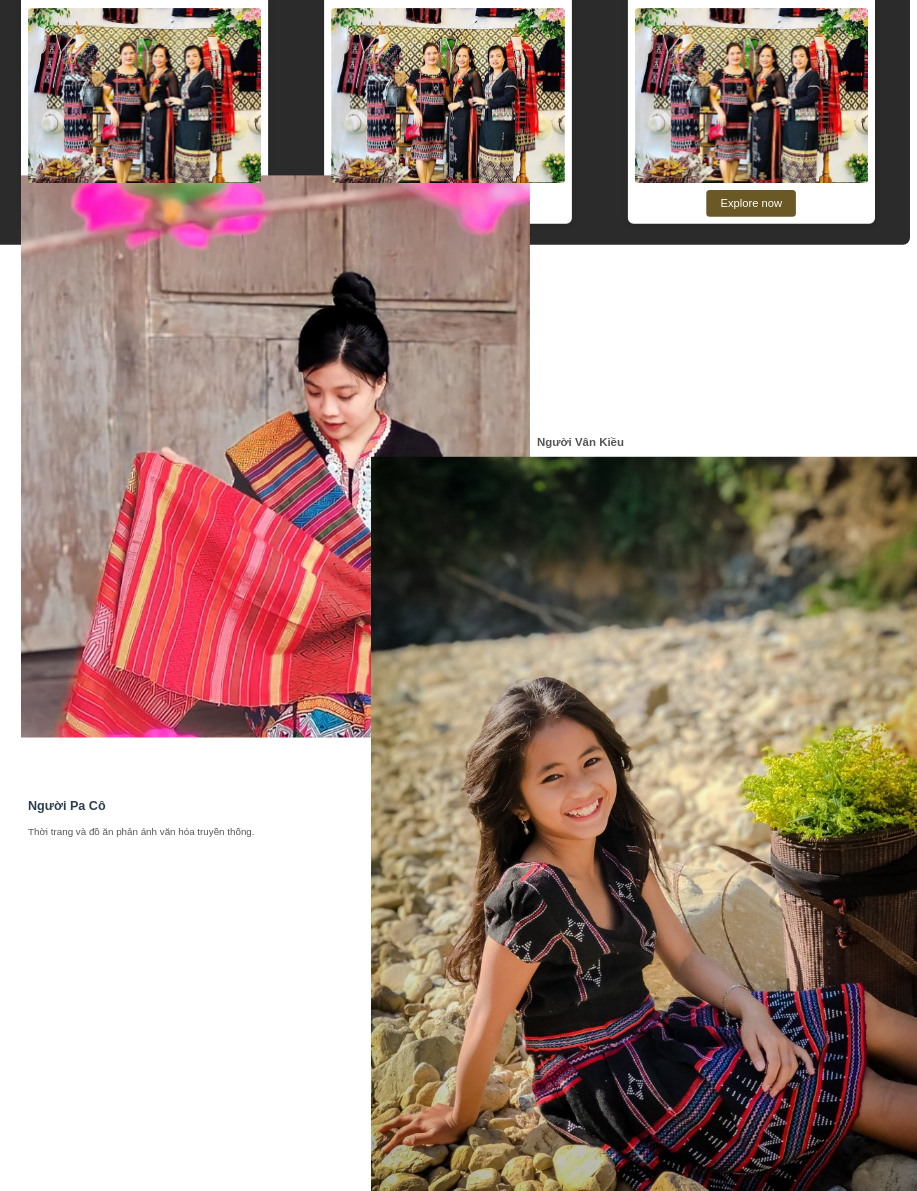
Repository: DangVai/LocalProduct
Page: Views/frontend/test.html
An editor plug-in stored every save of this project. The page is shown before and after the next save, followed by the edit.
The browser window is 1280 px wide. The page is 1310 px wide, so the pictures cover 1310 px, including what lies to the right of the window. The pictures show the part of the page from y = 1042 to 2922 px (the page is 2743 px tall before and 3118 px after), at 70% of full size.
Pictures or frames that could not be fetched are drawn as grey boxes.

Above is the page before, as saved 2024-12-19 10:38:00.

### Views/frontend/test.html
<!DOCTYPE html>
<html lang="en">

<head>
    <meta charset="UTF-8">
    <meta name="viewport" content="width=device-width, initial-scale=1.0">
    <title>Dynamic Banner</title>
    <style>
        body {
            margin: 0;
            font-family: Arial, sans-serif;
        }

        .container-Home {
            background-color: white;
            width: 100%;
            min-height: 100vh;
            display: flex;
            flex-direction: column;
            align-items: center;
        }

        .text-run {
            width: 100%;
            height: 50px;
            overflow: hidden;
            background: rgb(113, 74, 74);
            white-space: nowrap;
            box-sizing: border-box;
            margin-bottom: 0px;
            text-align: center;
        }

        .text-run span {
            display: inline-block;
            padding-left: 100%;
            animation: marquee 10s linear infinite;
            font-size: 15px;
            padding-top: 18px;
            font-weight: bold;
            color: white;
        }

        @keyframes marquee {
            0% {
                transform: translateX(0);
            }
            100% {
                transform: translateX(-100%);
            }
        }

        .banner {
            position: relative;
            width: 100%;
            height: 600px;
            display: flex;
            justify-content: center;
            align-items: center;
        }

        .banner img {
            width: 100%;
            height: 100%;
            object-fit: cover;
            box-shadow: 10px 10px 15px rgba(0, 0, 0, 0.5);
        }

        .img-sliders {
            width: 100%;
            height: 250px;
            margin-top: 20px;
            margin-bottom: 20px;
            display: flex;
            justify-content: space-between;
            gap: 15px;
        }

        .slider-container {
            flex: 1;
            overflow: hidden;
            border: 2px solid #ddd;
            border-radius: 10px;
        }

        .slides {
            display: flex;
            transition: transform 0.5s ease-in-out;
        }

        .slide {
            width: 100%;
            flex-shrink: 0;
            object-fit: cover;
        }

        .header {
            top: 0;
            left: 0;
            display: flex;
            width: 100%;
            height: 200px;
            align-items: center;
            position: fixed;
            z-index: 4;
            box-shadow: 0 6px 8px rgba(0, 0, 0, 0.1);
            background-color: white;
        }

        .box_logo {
            width: 20%;
            display: flex;
            align-items: center;
        }

        .box_logo img {
            position: absolute;
            top: 10px;
            left: 30px;
            width: 170px;
            height: 160px;
            z-index: 10;
            margin-right: 100px;
        }

        .nav {
            width: 40%;
            height: 45%;
            display: flex;
            margin-right: 200px;
            justify-content: center;
            align-items: center;
            justify-content: space-evenly;
            border-radius: 10px;
            font-size: 40px;
            color: black;
            box-shadow: 0 6px 8px rgba(0, 0, 0, 0.1);
            background-color: rgba(163, 116, 116, 0.667);
        }

        .nav p {
            cursor: pointer;
        }

        .nav p:hover {
            font-size: 30px;
        }
        /* Sreach  */

        .searchHome {
            display: flex;
            align-items: center;
            justify-content: center;
            background-color: white;
            border: 2px black solid;
            box-shadow: 0 6px 8px rgba(0, 0, 0, 0.1);
            padding: 10px;
            border-radius: 20px;
            width: 450px;
            height: 20%;
        }

        .searchInput {
            flex: 1;
            border: none;
            padding: 5px 10px;
            font-size: 30px;
            outline: none;
        }

        .searchButton {
            border: none;
            background-color: #ffffff;
            color: white;
            padding: 5px 15px;
            border-radius: 0 5px 5px 0;
            cursor: pointer;
            height: 40px;
            width: 40px;
        }

        .searchButton:hover {
            background-color: #fcfeff;
        }
        /* end search */

        .account {
            width: 4%;
            display: flex;
            align-items: center;
            justify-content: center;
        }

        .box-account {
            border: 2px solid rgb(6, 6, 6);
            width: 70px;
            height: 50px;
            display: flex;
            align-items: center;
            justify-content: center;
            border-radius: 50%;
            margin-left: 100px;
        }

        .box-account i {
            font-size: 35px;
            color: white;
            cursor: pointer;
        }

        a {
            text-decoration: none;
            color: #fff;
        }

        .categories {
            width: 100%;
            display: flex;
            justify-content: space-between;
            gap: 20px;
            margin: 20px;
            background-color: #2b2b2b;
            padding: 20px;
            border-radius: 10px;
        }

        .page {
            flex: 1;
            background-color: white;
            border-radius: 8px;
            padding: 10px;
            margin: 10px 30px 10px 30px;
            box-shadow: 0 4px 8px rgba(0, 0, 0, 0.1);
            text-align: center;
        }

        .page p {
            font-size: 20px;
            font-weight: bold;
            margin-bottom: 10px;
            color: #6b5925;
        }

        .slider {
            position: relative;
            display: flex;
            align-items: center;
            margin-bottom: 10px;
        }

        .images {
            display: flex;
            overflow: hidden;
            width: 100%;
            gap: 25px;
        }

        .images img {
            width: 100%;
            height: 250px;
            /* margin-left: 0px; */
            object-fit: cover;
            border-radius: 5px;
        }

        button.explore-btn {
            background-color: #6b5925;
            color: white;
            border: none;
            padding: 10px 20px;
            font-size: 16px;
            border-radius: 5px;
            cursor: pointer;
        }

        button.explore-btn a {
            text-decoration: none;
            color: white;
        }

        button.explore-btn:hover {
            background-color: #52451d;
        }

        button.prev:hover,
        button.next:hover {
            background-color: #52451d;
        }
        /* Giới thiệu : */
        /* Bố cục chính */

        .introduce {
            margin-top: 50px;
            width: 100%;
            height: 1000px;
            display: flex;
            flex-direction: column;
            gap: 50px;
            padding: 20px;
            margin-bottom: 50px;
        }

        .vk,
        .pc {
            height: 700px;
            width: 100%;
            display: flex;
            flex-direction: row;
            align-items: center;
            justify-content: center;
            flex: 1;
            margin-left: 30px;
            margin-bottom: 50px;
        }
        /* .content {
            height: 700px;
            width: 100%;
            display: flex;
            flex-direction: row;
            align-items: center;
            justify-content: center;
            flex: 1;
            margin-left: 30px;
            /* gap: 100px */

        */ .content img {
            width: 500px;
            height: 300px;
            border-radius: 10%;
            border: 2px solid #3498db;
            object-fit: cover;
        }
        /* Gạch dọc */

        .content .gach {
            width: 2px;
            height: 200px;
            background-color: #070707;
        }
        /* Văn bản giới thiệu */

        .vk-text,
        .pc-text {
            flex: 1;
            padding: 0 10px;
            text-align: left;
        }

        .vk-text,
        .pc-text h3 {
            font-size: 18px;
            color: #2c3e50;
            margin: 0 0 5px;
        }

        .vk-text,
        .pc-text p {
            font-size: 14px;
            color: #555;
            line-height: 1.6;
        }
        /* Đảm bảo các phần cân đối */

        .vk,
        .pc {
            height: 120px;
        }
    </style>
</head>

<body>

    <div class="header">
        <!-- Logo -->
        <div class="box_logo">
            <img src="/public/images/logo.jpg" alt="logo">
        </div>

        <!-- Navigation Menu -->
        <div class="nav">
            <p><b>Home</b></p>
            <p><b>Thời Trang</b></p>
            <p><b>Ẩm thực</b></p>
            <p><b>Khác</b></p>
        </div>

        <!-- Search -->
        <div class="searchHome">
            <input type="text" placeholder="Tìm kiếm..." class="searchInput">
            <button class="searchButton">
                🔍
    </button>
        </div>

        <!-- User Account -->
        <div class="account">
            <div class="box-account">
                <i class="fa-regular fa-user"></i>
            </div>
        </div>

        <!-- User Name and Dropdown Menu -->
        <div class="name-user">
            <p>
                <p>John Doe</p>
            </p>
            <div class="dropdown-menu" id="account-menu">
                <div>
                    <a href="#"><i class="fas fa-user fa-sm fa-fw mr-2 text-gray-400"></i> Profile</a>
                </div>

                <div>
                    <a href="#"><i class="fas fa-sign-in-alt fa-sm fa-fw mr-2 text-gray-400"></i> Log in</a>
                </div>
                <div>
                    <a href="#"><i class="fas fa-sign-out-alt fa-sm fa-fw mr-2 text-gray-400"></i> Log out</a>
                </div>
            </div>
        </div>
    </div>

    <div class="container-Home">
        <!-- Chữ chạy -->
        <div class="text-run">
            <span>Chào mừng bạn đến với cửa hàng thời trang Vân Kiều và Pa Cô! Khám phá các sản phẩm đặc sắc ngay hôm nay!</span>
        </div>

        <!-- Banner -->
        <div class="banner">
            <img src="/public/images/Vân Kiều - Pa Cô.png" alt="Banner">
        </div>

        <!-- Các mục hình ảnh -->
        <div class="img-sliders">
            <!-- Slider 1 -->
            <div class="slider-container">
                <div class="slides" id="slider1">
                    <img src="/public/images/R.jpg" class="slide" alt="Slide 1">
                    <img src="/public/images/slide2.jpg" class="slide" alt="Slide 2">
                    <img src="/public/images/slide3.jpg" class="slide" alt="Slide 3">
                </div>
            </div>

            <!-- Slider 2 -->
            <div class="slider-container">
                <div class="slides" id="slider2">
                    <img src="/public/images/slide3.jpg" class="slide" alt="Slide 1">
                    <img src="/public/images/R.jpg" class="slide" alt="Slide 2">
                    <img src="/public/images/slide2.jpg" class="slide" alt="Slide 3">
                </div>
            </div>

            <!-- Slider 3 -->
            <div class="slider-container">
                <div class="slides" id="slider3">
                    <img src="/public/images/slide2.jpg" class="slide" alt="Slide 1">
                    <img src="/public/images/slide3.jpg" class="slide" alt="Slide 2">
                    <img src="/public/images/R.jpg" class="slide" alt="Slide 3">
                </div>
            </div>
        </div>
        <div class="categories">
            <div class="page">
                <p>National Costume</p>
                <div class="slider">
                    <div class="images">
                        <img src="/public/images/slide2.jpg" alt="Costume 1">
                    </div>
                </div>
                <button class="explore-btn"><a href="#">Explore now</a></button>
            </div>
            <div class="page">
                <p>Cuisine</p>
                <div class="slider">
                    <div class="images">
                        <img src="/public/images/slide2.jpg" alt="Cuisine 1">
                    </div>
                </div>
                <button class="explore-btn"><a href="#">Explore now</a></button>
            </div>
            <div class="page">
                <p>Other Products</p>
                <div class="slider">
                    <div class="images">
                        <img src="/public/images/slide2.jpg" alt="Other 1">
                    </div>
                </div>
                <button class="explore-btn"><a href="#">Explore now</a></button>
            </div>
        </div>
        <div class="introduce">
            <div class="vk">
                <img src="/public/images/Chị Huyền.jpg" alt="Người Vân Kiều" class="vkimg">
                <div class="gach"></div>
                <div class="vk-text">
                    <h3>Người Vân Kiều</h3>
                    <p>Thời trang và đồ ăn mang đậm bản sắc dân tộc.</p>
                </div>
            </div>
            <div class="pc">
                <div class="pc-text">
                    <h3>Người Pa Cô</h3>
                    <p>Thời trang và đồ ăn phản ánh văn hóa truyền thống.</p>
                </div>
                <div class="gach"></div>
                <img src="/public/images/khánh Huyền.jpg" alt="Người Pa Cô" class="pcimg">
            </div>
        </div>

    </div>


    <script>
        function autoSlide(sliderId) {
            const slides = document.querySelector(`#${sliderId}`);
            const totalSlides = slides.children.length;
            let currentSlide = 0;

            setInterval(() => {
                currentSlide = (currentSlide + 1) % totalSlides;
                const offset = -currentSlide * 100;
                slides.style.transform = `translateX(${offset}%)`;
            }, 3000); // Thay đổi ảnh sau mỗi 3 giây
        }

        autoSlide('slider1');
        autoSlide('slider2');
        autoSlide('slider3');
    </script>
</body>

</html>

After the next save:
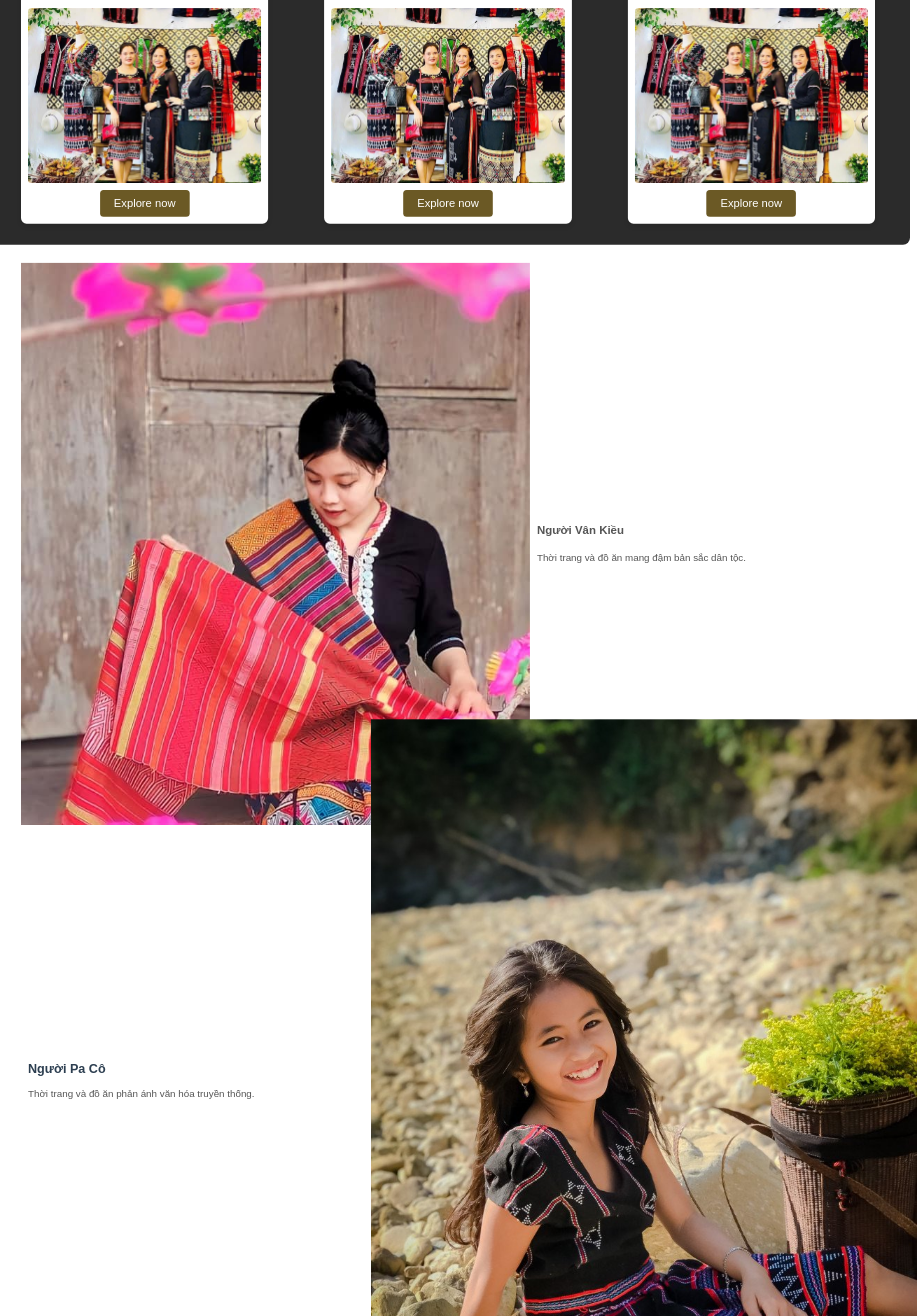
Saved 26 s later.
--- a/Views/frontend/test.html
+++ b/Views/frontend/test.html
@@ -292,7 +292,7 @@
         .introduce {
             margin-top: 50px;
             width: 100%;
-            height: 1000px;
+            height: 1500px;
             display: flex;
             flex-direction: column;
             gap: 50px;
